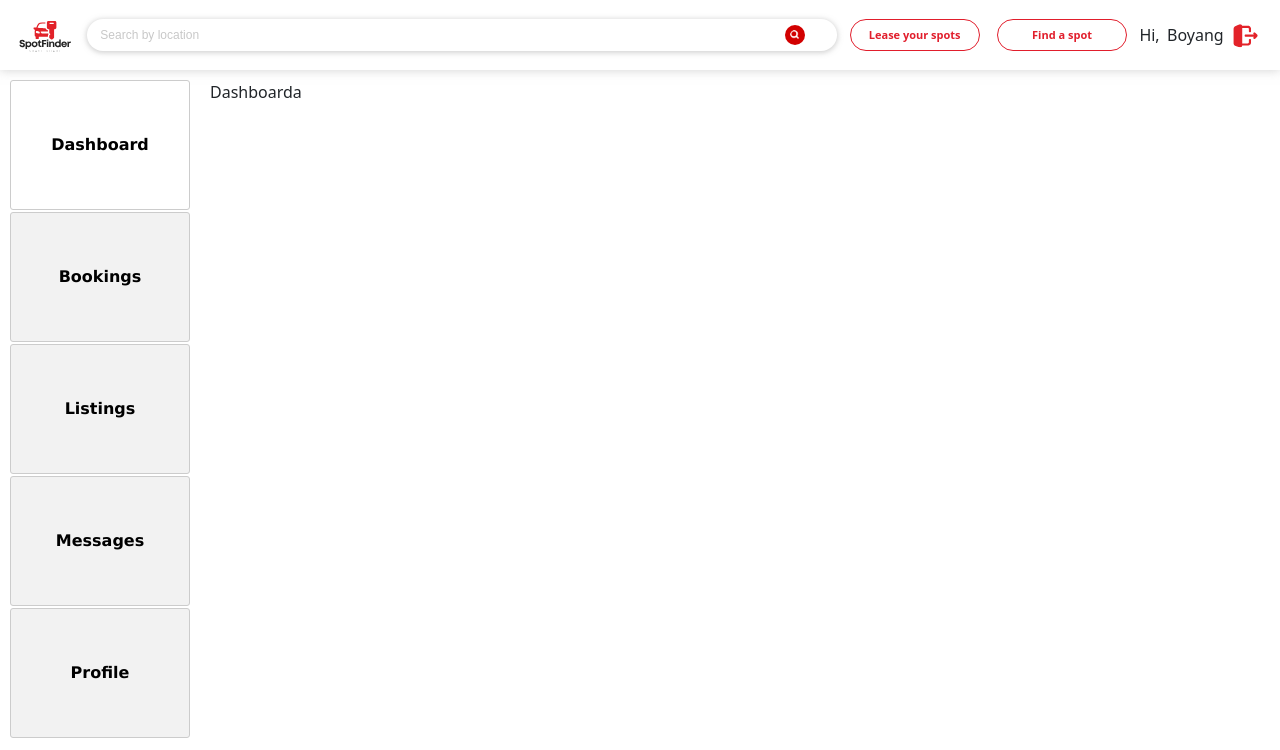
Repository: UNSWSpotFinder/SpotFinder
Page: /dashboard (app in frontend/)
These files come from the project's save history. The page is drawn as it stood at one moment and after the next save; the edit follows.
The browser window is 1280 px wide. The pictures show the whole page.
The project was rebuilt for these pictures with package versions that can differ from the ones it lists, and the page was loaded fresh each time. Also part of the build but not shown: frontend/src/Login.css, frontend/src/Login.jsx, frontend/src/Regist.css, frontend/src/Regist.jsx, frontend/src/HomePage.jsx, frontend/src/App.css, frontend/src/components/Bookings.jsx, frontend/src/components/Listings.jsx and 2 more.

Above is the page before, as saved 2024-03-09 20:59:15.

### frontend/src/App.jsx
import logo from './logo.svg';
import React, {
  useState,
  useEffect,
  useRef,
  ChangeEvent,
  LabelHTMLAttributes,
  createContext,
  useContext,
  ReactNode,
} from 'react';
import {HomePageLarge,HomePageAdminSmall,HomePageAdminLarge,HomePageSmall} from './HomePage';
import { ErrorProvider, GlobalSnackbar, ErrorContext } from './API';
import { BrowserRouter, Routes, Route, Link } from 'react-router-dom';
import './App.css';

// 导入Dashboard相关页面组件
import DashboardTop from './components/DashboardTop';
import Dashboard from './components/Dashboard';
import Bookings from './components/Bookings';
import Listings from './components/Listings';
import Profile from './components/Profile';
import Messages from './components/Messages';

function App() {
  const [windowWidth, setWindowWidth] = useState(window.innerWidth);
  useEffect(() => {
    // 添加一个事件监听器，以便在窗口大小改变时更新windowWidth状态
    const handleResize = () => {
      setWindowWidth(window.innerWidth);
    };
    window.addEventListener('resize', handleResize);
    // 清除事件监听器以避免内存泄漏
    return () => {
      window.removeEventListener('resize', handleResize);
    };
  }, []);
  let layoutComponentHost;
  let LayoutComponentHome;
  let LayoutDetail;
  if (windowWidth > 760) {
    layoutComponentHost = null;
    LayoutComponentHome = <HomePageLarge/>;
    LayoutDetail = null;
  } else {
    layoutComponentHost = null;
    LayoutComponentHome = <HomePageSmall/>;;
    LayoutDetail = null;
  }
  return(
    <ErrorProvider>
      <GlobalSnackbar/>
        <BrowserRouter>
          <Routes>
            <Route path="/user/*" element={LayoutComponentHome} />
            {/* DashboardTop作为父路由 */}
            <Route path="/dashboard" element={<DashboardTop />}>
            <Route index element={<Dashboard />} />
            <Route path="bookings" element={<Bookings />} />
            <Route path="listings" element={<Listings />} />
            <Route path="messages" element={<Messages />} />
            <Route path="profile" element={<Profile />} />
          </Route>
            {/* Keep the wildcard route to catch all and render Home */}
            <Route path="/*" element={LayoutComponentHome} />
          </Routes>
        </BrowserRouter>
    </ErrorProvider>
  )
}

export default App;

### frontend/src/API.jsx
import Alert from '@mui/material/Alert';
import Snackbar from '@mui/material/Snackbar';
import Button from '@mui/material/Button';
import Stack from '@mui/material/Stack';
import React, { useState, useEffect, createContext,useContext } from 'react';

import { styled } from '@mui/material';
const port = '8080';
export const meetErrorLog = (error) => {
    console.log(error);
    let errorText = '';
    // switch case to show the error
    switch (error) {
      case 'info':
        errorText = 'Invalid username or password !';
        break;
      case 'access':
        errorText = 'No permission, please log in first!';
        break;
      default:
        errorText = 'Network error! Please try again.';
        break;
    }
    return errorText;
  };
export const ErrorContext = createContext({
    snackbarData: { severity: 'info', message: '1',timestamp: new Date().getTime()},
    setOpenSnackbar: () => {}, // 提供一个空函数避免调用时出错
  });
export const useError = () => useContext(ErrorContext);
export const ErrorProvider = ({ children }) => {
  const [snackbarData, setSnackbarData] = useState({
    severity: 'success',
    message: '',
    timestamp: new Date().getTime()
  });
  const setOpenSnackbar = (data) => {
    setSnackbarData(data);
  };
  return (
    <ErrorContext.Provider value={{snackbarData,setOpenSnackbar}}>
      {children}
    </ErrorContext.Provider>
  );
};
// The message to be displayed in the Snackbar
export const GlobalSnackbar = () => {
const { snackbarData, setOpenSnackbar } = useError();
// State to manage the visibility of the Snackbar
const [open, setOpen] = useState(false);
  useEffect(() => {
    console.log('Alert severity:', snackbarData.severity);
    console.log('Alert :', snackbarData.message);
    if (snackbarData.message) {
      setOpen(true);
    }
  }, [snackbarData.message, snackbarData.timestamp]);

  const handleClose = (event, reason) => {
    if (reason === 'clickaway') {
      return;
    }
    setOpen(false);
  };

return (
    // Snackbar component with automatic hiding and custom styling
    <Snackbar open={open} autoHideDuration={6000} onClose={handleClose}>
        <Alert onClose={handleClose} severity={snackbarData.severity}>
        {snackbarData.message}
        </Alert>
  </Snackbar>
);
};
export const callAPIsendEmailCode = (path,input)=>{
    return new Promise((resolve, reject) =>{
        fetch('http://localhost:'+String(port)+'/'+String(path),{
        method:'POST',
        headers: { 'Content-Type': 'application/json' },
        body:JSON.stringify(input),
        })
        .then((response)=>{
            if(response.ok){
                console.log('success');
                console.log(response);
                return resolve(response);
            }
            else if (response.status===400){
                const errorReason = 'Email not correct!';
                return reject(errorReason);
            }
            else{
                const errorReason = 'There is a problem with the network connection!';
                return reject(errorReason);
            }
        })
        .catch((error)=>{
            console.log(error);
        })
    })

}
export const callAPIverifyEmailCode = (path,input)=>{
    return new Promise((resolve, reject) =>{
        console.log(input);
        console.log('http://localhost:'+String(port)+'/'+String(path));
        fetch('http://localhost:'+String(port)+'/'+String(path),{
        method:'POST',
        headers: { 'Content-Type': 'application/json' },
        body:JSON.stringify(input),
        })
        .then((response)=>{
            if(response.ok){
                console.log('success');
                return resolve(response.json());
            }
            else if (response.status===400){
                const errorReason = 'Incorrect verification code.';
                return reject(errorReason);
            }
            else{
                const errorReason = 'There is a problem with the network connection!';
                return reject(errorReason);
            }
        })
        .catch((error)=>{
            console.log(error);
        })
    })

}
export const callAPIloginUser=(path,input)=>{

}
// 用户注册
export const callAPIRegistUser=(path,input)=>{
     return new Promise((resolve, reject) =>{
        console.log(input);
        console.log('http://localhost:'+String(port)+'/'+String(path));
        fetch('http://localhost:'+String(port)+'/'+String(path),{
        method:'POST',
        headers: { 'Content-Type': 'application/json' },
        body:JSON.stringify(input),
        })
        .then((response)=>{
            if(response.ok){
                console.log('success');
                return resolve(response.json());
            }
            else if (response.status===417){
                const errorReason = 'This email has been registed!';
                return reject(errorReason);
            }
            else{
                const errorReason = 'There is a problem with the network connection!';
                return reject(errorReason);
            }
        })
        .catch((error)=>{
            console.log(error);
        })
    })
}
// 用户登录
export const callAPILoginUser=(path,input)=>{
    return new Promise((resolve, reject) =>{
       console.log(input);
       console.log('http://localhost:'+String(port)+'/'+String(path));
       fetch('http://localhost:'+String(port)+'/'+String(path),{
       method:'POST',
       headers: { 'Content-Type': 'application/json' },
       body:JSON.stringify(input),
       })
       .then((response)=>{
           if(response.ok){
               console.log('success');
               return resolve(response.json());
           }
           else if (response.status===401){
               const errorReason = 'Username does not exist or password is incorrect!';
               return reject(errorReason);
           }
           else{
               const errorReason = 'There is a problem with the network connection!';
               return reject(errorReason);
           }
       })
       .catch((error)=>{
           console.log(error);
       })
   })
}
// 密码修改
export const callAPIResetPwdUser=(path,input)=>{
    return new Promise((resolve, reject) =>{
       console.log(input);
       console.log('http://localhost:'+String(port)+'/'+String(path));
       fetch('http://localhost:'+String(port)+'/'+String(path),{
       method:'POST',
       headers: { 'Content-Type': 'application/json' },
       body:JSON.stringify(input),
       })
       .then((response)=>{
           if(response.ok){
               console.log('success');
               return resolve(response.json());
           }
           else if (response.status===401){
               const errorReason = 'Username does not exist or password is incorrect!';
               return reject(errorReason);
           }
           else{
               const errorReason = 'There is a problem with the network connection!';
               return reject(errorReason);
           }
       })
       .catch((error)=>{
           console.log(error);
       })
   })
}

### frontend/src/components/DashboardTop.jsx
import React from 'react';
import { NavLink, Outlet } from 'react-router-dom';
import './DashboardTop.css';
import '../HomePage.css';

const DashboardTop = () => {
  return (
    <div className="dashboard-top">
      <div className="Navbar">
        {/* Logo图像 */}
        <img src='/img/LOGO.svg' className='Applogo'></img>
        {/* 搜索区域 */}
        <div className='SearchPart'>
          <img className='searchbtn' src='/img/search.png'></img>
          <input className='Searchbar' placeholder='Search by location'></input>
        </div>
        {/* 搜索车位/出租车位 */}
        <button className='top-button'>Lease your spots</button>
        <button className='top-button'>Find a spot</button>
        {/* 用户信息 */}
        <span> Hi,</span>
        <span>Boyang</span>
        {/* 登出按钮 */}
        <button className="button-with-image">
          <img src='/img/SignOut.svg' alt='Sign Out' className='sign-out-img' />
        </button>
      </div>

      {/* Top以下区域 */}
      <div className="content-area">
        {/* 侧边栏 */}
        <div className="side-nav">
          <NavLink to="/dashboard" className={({ isActive }) => isActive ? 'side-nav-spcific active' : 'side-nav-spcific'} end>Dashboard</NavLink>
          <NavLink to="/dashboard/bookings" className={({ isActive }) => isActive ? 'side-nav-spcific active' : 'side-nav-spcific'}>Bookings</NavLink>
          <NavLink to="/dashboard/listings" className={({ isActive }) => isActive ? 'side-nav-spcific active' : 'side-nav-spcific'}>Listings</NavLink>
          <NavLink to="/dashboard/messages" className={({ isActive }) => isActive ? 'side-nav-spcific active' : 'side-nav-spcific'}>Messages</NavLink>
          <NavLink to="/dashboard/profile" className={({ isActive }) => isActive ? 'side-nav-spcific active' : 'side-nav-spcific'}>Profile</NavLink>
        </div>
        {/* 主要内容区域 */}
        <div className="main-content">
          <Outlet />
        </div>
      </div>
    </div>
  );
};

export default DashboardTop;

### frontend/src/components/Dashboard.jsx
import React from 'react';
import DashboardTop from './DashboardTop';

const Dashboard = () => {
  // 组件的状态和逻辑

  return (
    <div className='Dashboard'>
      {/* 组件的JSX结构 */}
      Dashboarda
    </div>
  );
}

export default Dashboard;

### frontend/src/HomePage.css
.HomeOverall {
    width: 100%;
    height: 100%;
    margin: 0px;
    padding: 0px;
    display: flex;
    flex-direction: column;
    align-items: center;
}
div.Navbar{
    width: 100%;
    height: 70px;
    margin: 0px 0px 0px 0px;
    padding: 0px 10px 0px 0px;
    display: flex;
    align-items: center;
    justify-content: space-between;
    box-shadow: 0px 0px 10px 0px rgba(164, 164, 164, 0.5);
}
div.SearchPart{
    width: calc(100% - 520px);
    min-width: 200px;
    height: 100%;
    margin: 0px;
    padding: 0px;
    display: flex;
    justify-content: center;
    align-items: center;
    align-content: center;
    flex-direction: row;
}
div.SearchPartsmall{
    width: calc(100% - 320px);
    height: 100%;
    margin: 0px;
    padding: 0px;
    display: flex;
    justify-content: center;
    align-items: center;
    align-content: center;
    flex-direction: row;
}
input.Searchbar{
    width: 100%;
    border-radius: 25px;
    padding-left: 13px;
    height: 45%;
    border: 0px;
    transition: box-shadow 0.3s;
    box-shadow: 0px 1px 5px 1px rgba(170, 170, 170, 0.5);
    position: relative;
    font-size: 12px;
    font-family:Arial, Helvetica, sans-serif;
}
input.Searchbar::placeholder{
    color: rgb(200, 200, 200);
}
img.searchbtn{
    border-radius: 20px;
    width: 20px;
    height: 20px;
    margin: 0px 0px 0px 10px;
    padding: 5px;
    right: 475px;
    position: absolute;
    z-index: 1;
    background-color: rgb(210, 0, 0);
    cursor: pointer;
}
img.searchbtnsmall{
    border-radius: 20px;
    width: 20px;
    height: 20px;
    margin: 0px;
    padding: 5px;
    right: 260px;
    position: absolute;
    z-index: 1;
    background-color: rgb(210, 0, 0);
    cursor: pointer;
}
input.Searchbar:hover{
    box-shadow: 0px 1px 10px 1px rgba(164, 164, 164, 0.5);
}
img.searchbtn:hover + .Searchbar {
    box-shadow: 0px 1px 10px 1px rgba(164, 164, 164, 0.5);
}
img.searchbtnsmall:hover + .Searchbar {
    box-shadow: 0px 1px 10px 1px rgba(164, 164, 164, 0.5);
}
button.newspace{
    border-radius: 30px;
    min-width: 200px;
    max-width: 200px;
    font-weight: bold;
    border: 0px;
    margin-left: 20px;
    height: 50%;
    background-color: rgb(250, 250, 250);
    border: 1px solid rgb(230, 230, 230);
    color: rgb(114, 114, 114);
    transition: 0.3s;
    font-size: 12px;
    cursor: pointer;
}
button.newspace:hover{
    color: rgb(0, 0, 0);
    background-color: rgb(230, 230, 230);
}
div.signwarper{
    margin: 0px 10px 0px 0px;
    height: 100%;
    display: flex;
    align-items: center;
}
button.sign{
    border-radius: 5px;
    width: 100px;
    font-weight: bold;
    border: 0px;
    margin-left:15px;
    height: 50%;
    background-color: rgb(255, 255, 255);
    border: 1px solid rgb(0, 0, 0);
    transition: 0.3s;
    font-size: 12px;
    cursor: pointer;
}
button.sign:hover{
    background-color: rgb(230, 230, 230);
}
input:focus {
    outline: none;
}
img.Applogo{
    height: 100%;
    margin: 0px 0px 0px 10px;
}
p.image-container-title{
    font-weight: 800;
    font-family: Arial;
    position: absolute;
    top: calc(10vw); /* 根据需要调整 */
    left: 5%; /* 根据需要调整 */
    width: 60%;
    color: rgb(0, 0, 0); /* 文字颜色 */
}
p.image-container-title-small{
    font-weight: 800;
    font-size: 20px;
    font-family: Arial;
    position: absolute;
    top: calc(15vw); /* 根据需要调整 */
    left: 5%; /* 根据需要调整 */
    width: 60%;
    color: rgb(0, 0, 0); /* 文字颜色 */
}
p.image-container-sub{
    font-weight: 400;
    font-family: Arial;
    position: absolute;
    left: 5%; /* 根据需要调整 */
    color: rgb(0, 0, 0); /* 文字颜色 */
}
p.image-container-sub-small{
    font-size: 12px;
    font-weight: 400;
    width: 44%;
    top: calc(28vw);
    font-family: Arial;
    position: absolute;
    left: 5%; /* 根据需要调整 */
    color: rgb(0, 0, 0); /* 文字颜色 */
}
p.image-container-txt{
    font-weight: 200;
    font-family: Arial;
    position: absolute;
    left: 5%; /* 根据需要调整 */
    width: 40%;
    color: rgb(0, 0, 0); /* 文字颜色 */
}
p.image-container-txt-small{
    font-size: 12px;
    font-weight: 400;
    width: 40%;
    top: calc(42vw);
    font-weight: 200;
    font-family: Arial;
    position: absolute;
    left: 5%; /* 根据需要调整 */
    color: rgb(0, 0, 0); /* 文字颜色 */
}
@media (max-width: 1200px) {
    p.image-container-sub{
        font-size: 19.0px;
        top: calc(25vw); /* 根据需要调整 */
        width: 45%;
    }
    p.image-container-txt{
        font-size: 20px;
        top: calc(40vw); /* 根据需要调整 */
    }
    p.image-container-title{
        font-size: 30px;
    }
}
@media (min-width: 1200px) {
    p.image-container-sub{
        font-size: 25px;
        width: 40%;
        top: calc(24vw); /* 根据需要调整 */
    }
    p.image-container-txt{
        font-size: 25px;
        top: calc(38vw); /* 根据需要调整 */
    }
    p.image-container-title{
        font-size: 45px;
    }
}

div.FilterPart{
    height: 80px;
    width: 100%;
    padding: 5px;
    background-color: #f9f9f9;
    display: flex;
    justify-content: space-between;
    align-items:center;
}
div.FilterPart-small{
    height: 155px;
    width: 100%;
    background-color: #f9f9f9;
    display: flex;
    flex-direction: column;
    justify-content: space-between;
    padding: 10px 10px 10px 10px;
    border-bottom: 1px solid rgb(238, 238, 238);
}

div.filter-top{
    display: flex;
    align-items: center;
    justify-content: space-between;
}
div.inner-left{
    display: flex;
    flex-direction: column;
    height: 100%;
    margin-right: 20px;
}
select.mglr{
    margin: 0px 5px 0px 0px;
    width: 10%;
    min-width: 130px;
    height: 70%;
    font-size: 12px;
    border-radius: 20px;
}
select.mglr-s{
    margin: 0px 5px 5px 0px;
    width: 10%;
    min-width: 130px;
    font-size: 12px;
    border-radius: 20px;
}
select.mglr-r{
    margin: 0px 5px 0px 0px;
    width: 10%;
    min-width: 90px;
    height: 70%;
    font-size: 12px;
    border-radius: 20px;
}
select.mglr-s-r{
    margin: 0px 5px 0px 0px;
    width: 100px;
    min-width: 90px;
    height: 70%;
    font-size: 12px;
    border-radius: 20px;
}
.popular{
    background-color: white !important;
    color: black !important;
}
div.pricerange{
    display: flex;
    flex-direction: column;
    height: 100%;
    justify-content: center;
    align-items: center;
    padding: 0px;
    margin: 0px;
    margin-left: 5px;
    align-items: center;
}
label.pricerange{
    font-size: 13px;
    font-weight: 500;
    color: black;
    padding: 0px;
}
input.pricerange{
    width: 50px;
    height: 50%;
    font-size: 14px;
    border-radius: 10px;
    border-width: 1px;
    border-style: solid;
    border-color: rgb(0, 0, 0);
    margin: 0px;
    padding: 0px 5px;
}
label.pricerange-s{
    font-size: 15px;
    font-weight: 500;
    color: black;
    padding: 0px 5px 0px 0px;
}
input.pricerange-s{
    height: 60%;
    width: 60%;
    font-size: 16px;
    border-radius: 10px;
    border-width: 1px;
    border-style: solid;
    border-color: rgb(0, 0, 0);
    margin: 0px 5px 0px 0px;
    padding: 0px 5px;
}
.timechoice{
    width: 20%;
    margin: 0px 5px 0px 0px;
}
.timechoice-s{
    margin: 0px 10px;
    width: 40%;
}
div.hflex{
    display: flex;
    height: 100%;
    align-items: center;
}
button.selectcar{
    width: 140px;
    font-size: 10px;
    height: 50px;
    background-color: black;
    color: white;
    font-weight: 500;
    border: 0px;
    border-radius: 10px;
    transition: 0.3s;
    margin-left: 5px;
}
button.selectcar:hover{
    background-color: rgb(55, 55, 55);
    color: rgb(255, 255, 255);
}
div.marginLR{
    display: flex;
    margin: 0px 5px;
    width: 100%;
}
div.ListingPart{
    width: 100%;
    margin-top: 15px;
    margin-bottom: 15px;
    padding: 0px 0px 0px 10px;
    display: flex;
    flex-wrap: wrap;
}
div.SpaceOverall{
    height: 135px;
    box-shadow: 0px 0px 10px 0px rgba(164, 164, 164, 0.5);
    border-radius: 10px;
    display: flex;
    align-items: center;
    padding: 0px 7px;
    margin: 0px 10px 10px 0px;
}

@media (max-width: 800px) {
    div.SpaceOverall{
        width: calc(100vw - 15px);
        min-width: 385px;
    }
}

@media (max-width: 1200px) and (min-width:800px) {
    div.SpaceOverall{
        width: calc(50vw - 15px);
        min-width: 385px;
    }
}

@media (min-width: 1200px) {
    div.SpaceOverall{
        width: calc(33.33vw - 14px);
    }
}

img.spaceimg{
    border-radius: 12px;
    object-fit: cover;
}
div.info{
    height:90%;
    margin-left:10px ;
    width: 100%;
}
p.space-title{
    padding: 0px;
    margin: 0px;
    font-size: 16px;
    color: #555555;
}
p.space-price{
    padding: 0px;
    margin: 0px;
    font-size: 12px;
    margin-top: 4px;
    color: #7F7F7F;
}
p.space-location{
    padding: 0px;
    margin: 0px;
    font-size: 12px;
    margin-top: 2px;
    color: #7F7F7F;
}
p.space-type{
    padding: 0px;
    margin: 0px;
    font-size: 12px;
    margin-top: 2px;
    color: #7F7F7F;
    margin-bottom: 2px;
}
div.order-part{
    display: flex;
    margin-top: 7px;
}
img.order-times{
    width: 20px;
    height: 20px;
}
p.times{
    padding: 0px;
    margin: 0px 0px 0px 3px;
    font-size: 13px;
    color: #7F7F7F;
}
div.right-top{
    display: flex;
    flex-direction: row;
    justify-content: space-between;
    width: 100%;
}
div.right-bottom{
    display: flex;
    flex-direction: row;
    justify-content: space-between;
    width: 100%;
    height: 30px;
    margin-bottom: 5px;
}
div.rate-part{
    display: flex;
    justify-content: center;
}
img.rate-img{
    width: 20px;
    height: 20px;
    margin-right: 2px;
}
p.rate-txt{
    color: #333333;
    font-size: 14px;
    margin: 0px;
    padding: 0px;
}
button.specific-info{
    border: 0px;
    background-color:#E22229;
    border-radius: 5px;
    color: white;
    height: 30px;
    width: 180px;
    font-size: 12px;
    font-weight: 500;
    transition: 0.3s;
    margin: 1px 0px;
}
button.specific-info:hover{
    background-color:#ba191e;
}
div.filter-bottom{
    display: flex;
    align-items: center;
    justify-content: space-between;
}

### frontend/src/components/DashboardTop.css
/* DashboardTop.css */

/* 整体布局 */
.dashboard-top {
    display: flex;
    flex-direction: column;
    height: 100vh; /* 使布局填满整个视口高度 */
  }

/* 顶部导航部分 */
/* 顶部按钮 */
.top-button {
    padding: 7px 10px;
    margin: 0 5px;
    border: 1px solid #e11e2c;
    border-radius: 25px;
    width: 130px;
    outline: none;
    background-color: #fff;
    cursor: pointer;
    box-shadow: none;
    transition: box-shadow 0.3s;
    font-size: 11px;
    color: #e11e2c;
    font-weight: bold;
  }

.top-button:hover {
    box-shadow: 0 0 10px #f66; /* 鼠标悬停时的外部阴影 */
  }

.top-button:active {
    box-shadow: inset 0 0 10px #f66; /* 点击时的内部阴影 */
  }

/* Sign out按钮样式 */
.sign-out-img {
    height: 25px;
    margin-right: 10px;
  }

.button-with-image {
    background: none; /* 无背景 */
    border: none; /* 无边框 */
    padding: 0; /* 无内边距 */
    margin: 0 2px;
  }

/* TODO: */
/* Top以下区域，包含侧边导航和主内容区 */
.content-area {
    display: flex;
    flex-grow: 1; /* 占据剩余空间 */
  }

/* 侧边导航样式 */
.side-nav {
    display: flex;
    flex-direction: column;
    width: 200px; /* 定宽 */
    padding: 10px; /* 内边距 */
  }

.side-nav-spcific {
    background-color: #f5f5f5; /* 浅色背景 */
    height: 130px;
    margin-bottom: 2px;
    border-radius: 3px; /* 圆角 */
    padding: 10px; /* 内边距 */
    border: 1px solid #cccccc; /* 添加边框 */
    background-color: #f2f2f2; /* 初始背景颜色 */
    cursor: pointer; /* 鼠标悬停时变为手形图标 */
    transition: background-color 0.3s, box-shadow 0.3s; /* 过渡动画效果 */
    display: flex; /* 使用flex布局 */
    align-items: center; /* 垂直居中 */
    justify-content: center; /* 水平居中 */
    font-weight: bold; /* 文字加粗 */
    font-family:'Lucida Sans', 'Lucida Sans Regular', 'Lucida Grande', 'Lucida Sans Unicode', Geneva, Verdana, sans-serif;
    text-decoration: none; /* 去除下划线 */
    color: black; /* 文字颜色，可以根据需求更改 */

  }
  /* 鼠标悬停时的样式 */
.side-nav-spcific:hover {
    background-color: #ffffff; /* 悬停时的背景颜色变为白色 */
    box-shadow: 0 0 10px rgba(0, 0, 0, 0.2); /* 悬停时的外部阴影效果 */
  }
  /* 点击时的样式 */
.side-nav-spcific:active {
    box-shadow: inset 0 0 10px rgba(0, 0, 0, 0.2); /* 点击时的内部阴影效果 */
  }

  /* 当前激活的导航项样式 */
.side-nav-spcific.active {
    background-color: #fff; /* 选中项的背景颜色 */
    /* 可以添加更多的样式来区分激活的导航项 */
  }

/* 主内容区域样式 */
.main-content {
    flex-grow: 1; /* 占据剩余空间 */
    padding: 10px; /* 内边距 */
  }

Loaded but not shown: frontend/public/index.html (common file); frontend/src/index.js (common file); frontend/src/index.css (common file); frontend/src/reportWebVitals.js (common file)

After the next save:
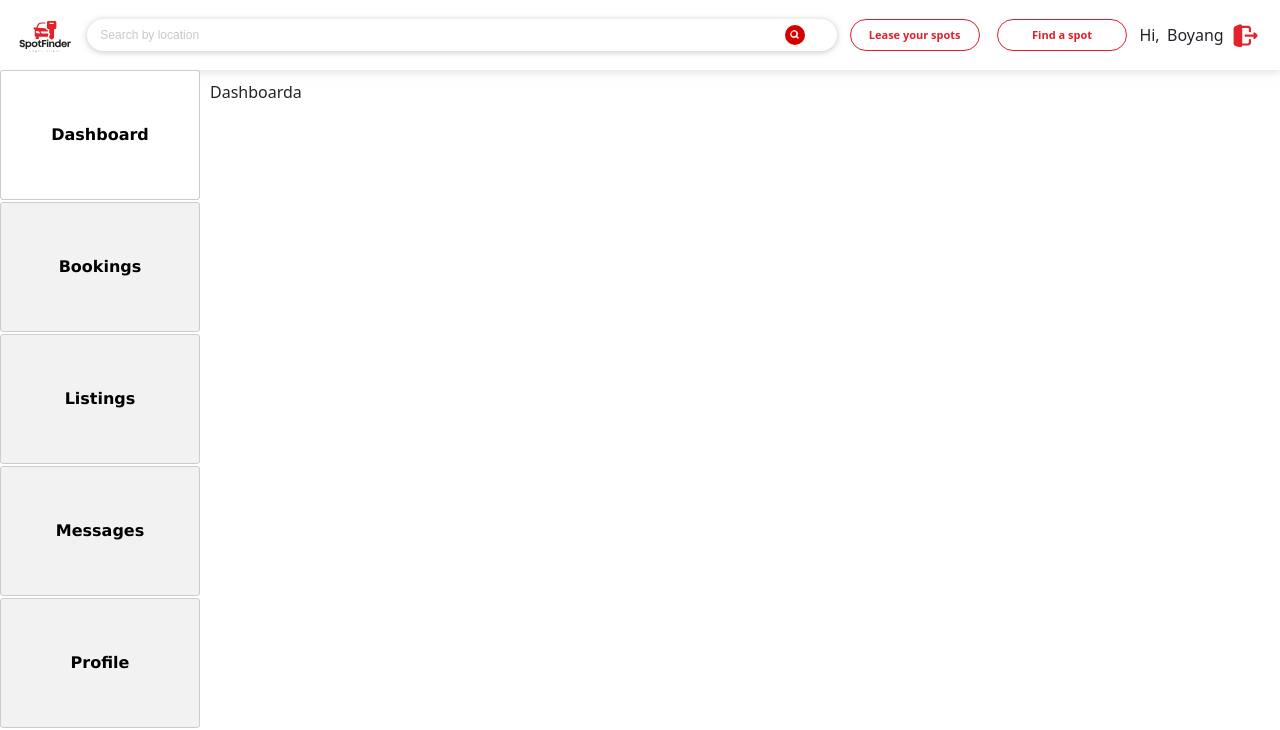
Saved 12 s later.
--- a/frontend/src/components/DashboardTop.css
+++ b/frontend/src/components/DashboardTop.css
@@ -58,7 +58,7 @@
     display: flex;
     flex-direction: column;
     width: 200px; /* 定宽 */
-    padding: 10px; /* 内边距 */
+    padding: 0px; /* 内边距 */
   }
 
 .side-nav-spcific {
